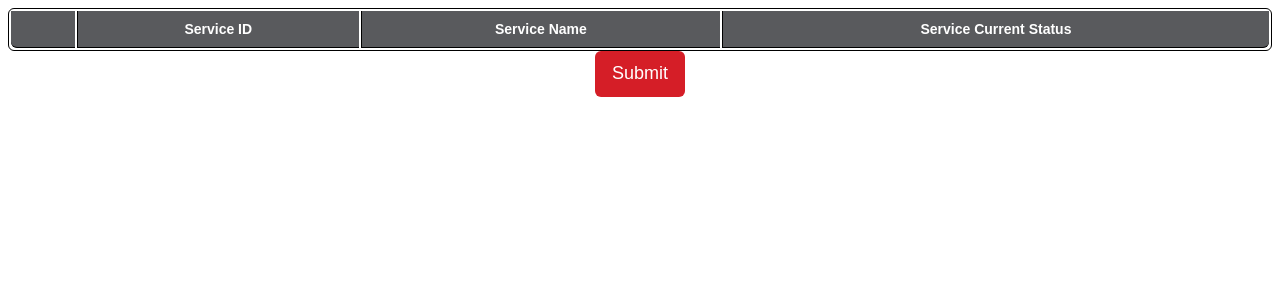
Repository: suma94/MyProjects
Page: http://localhost/SelfServiceSales/Display.jsp
These files come from the project's save history. The page is drawn as it stood at one moment and after the next save; the edit follows.
The browser window is 1280 px wide. The pictures show the whole page.
The page is served by Tomcat 9. Nobody is signed in. The application's start-up code is not run.

Above is the page before, as saved 2015-08-27 10:22:11.

After the next save:
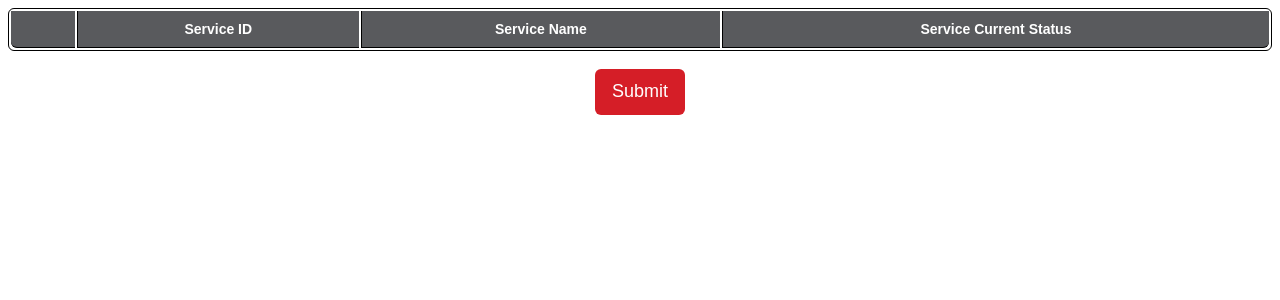
Saved 6 min 16 s later.
--- a/SelfServiceSales/WebContent/Display.jsp
+++ b/SelfServiceSales/WebContent/Display.jsp
@@ -27,6 +27,7 @@
 			</c:forEach>
 			</table>
 			<center>
+				</br>
 				<input type="submit" value="Submit" name="Suspend" class="vzbtn">
 			</center>
 	</form>
